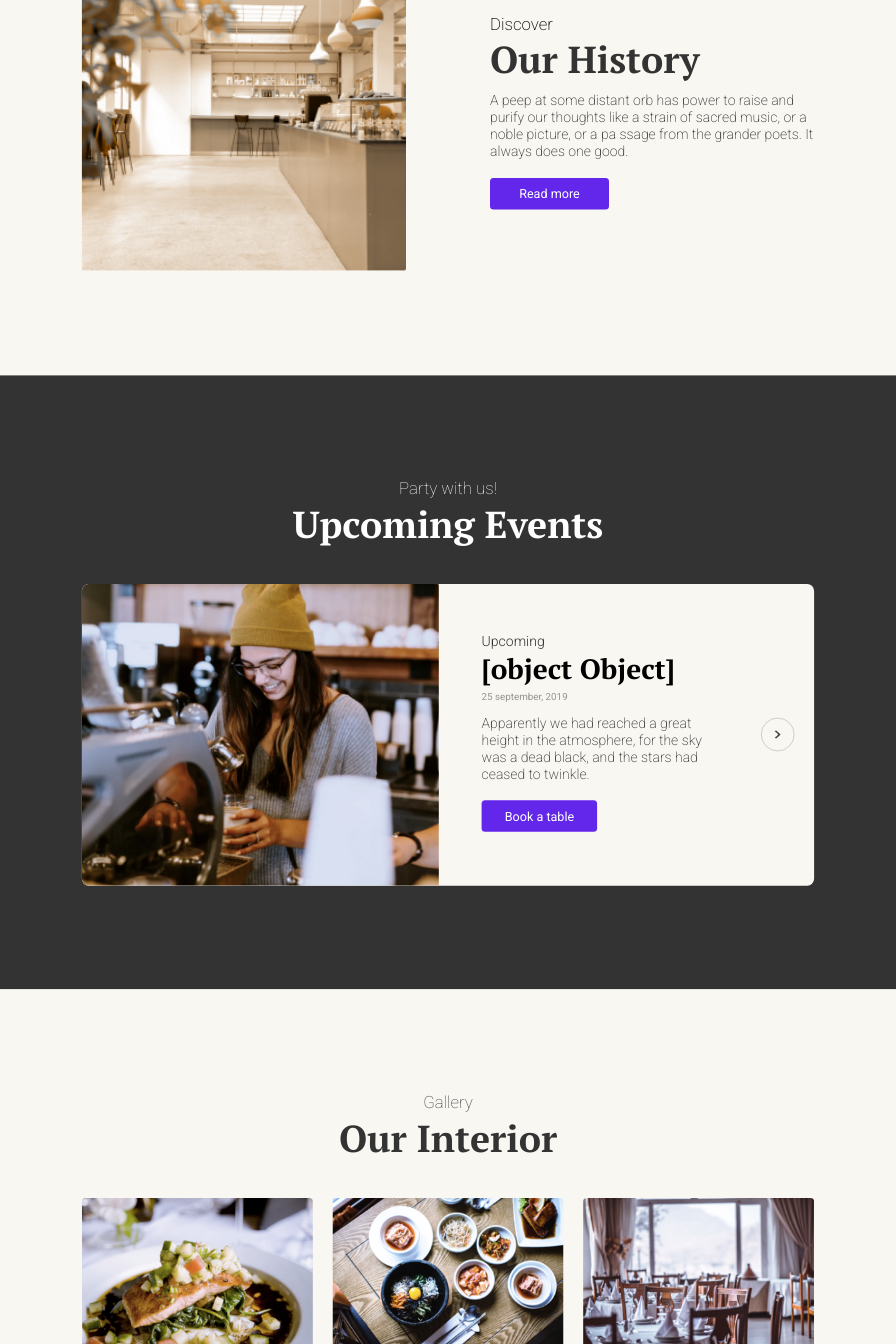
Repository: murilopellis-12/Tailwind-Prova
Page: index.html
These files come from the project's save history. The page is drawn as it stood at one moment and after a run of saves; the edit follows.
The browser window is 1280 px wide. The pictures show the part of the page from y = 955 to 2875 px (the page is 5662 px tall), at 70% of full size.
Empty fields were first filled with sample values (such as "Sample", 5 or name@example.com).
After loading, the first visible `#seta-proxima-pagina` was clicked once.

Above is the page before, as saved 2026-10-29 15:09:51.

After the next 2 saves:
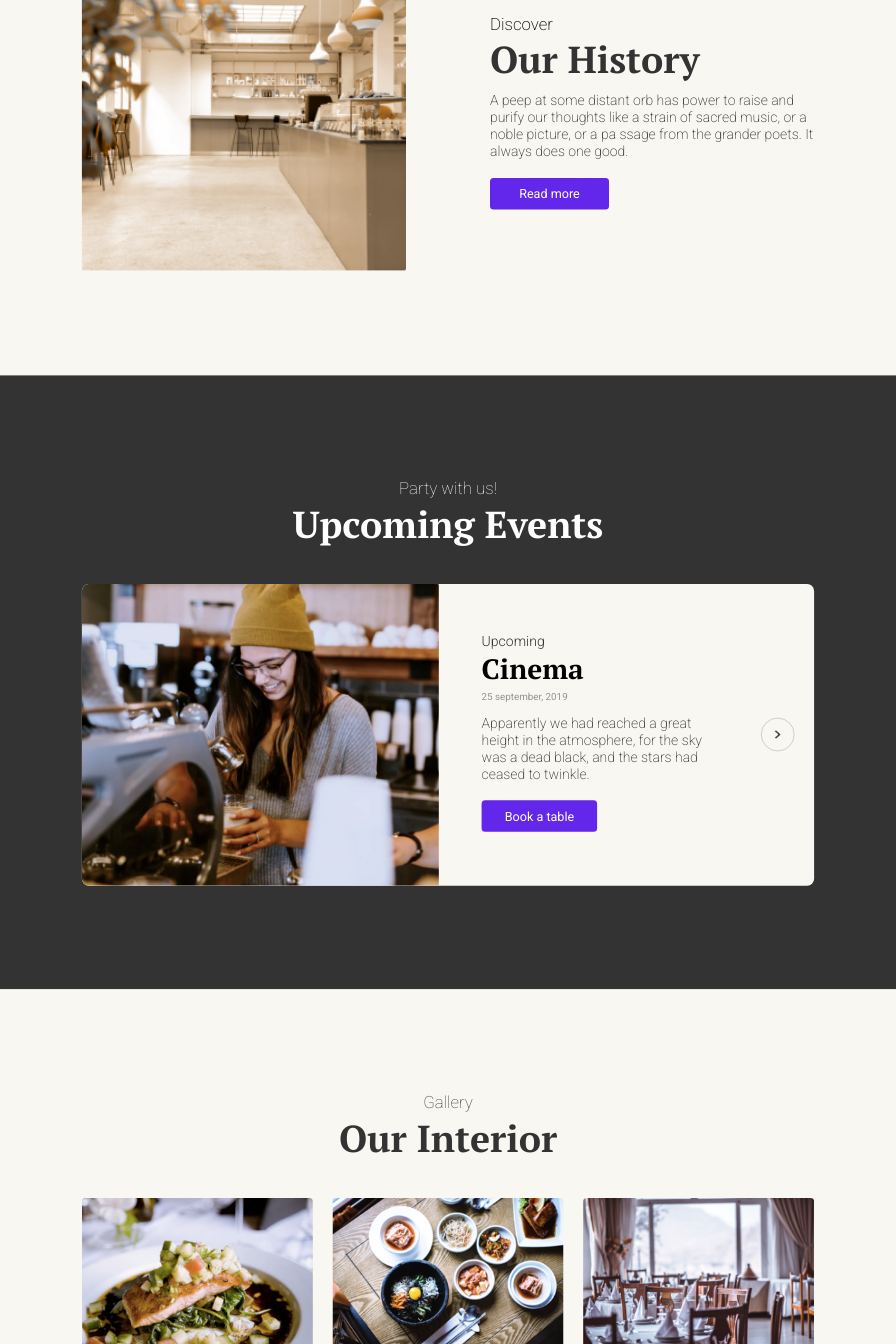
The 2 saves are shown as one change because they came seconds apart.
The last was saved 6 s later.
--- a/app.js
+++ b/app.js
@@ -23,5 +23,6 @@ button.addEventListener("click", () => {
         },
     ]
 
-    h3.textContent = content[0]
+    h3.textContent = content[0].h3;
+
 })
